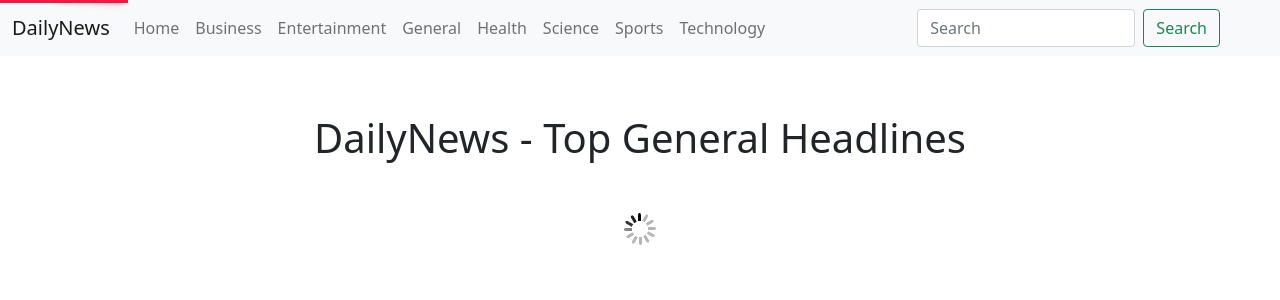
Repository: Bikki084/Daily_News
Page: /
These files come from the project's save history. The page is drawn as it stood at one moment and after the next save; the edit follows.
The browser window is 1280 px wide. The pictures show the whole page.
The page's requests for data from a server got no answer. The project was rebuilt for these pictures with package versions that can differ from the ones it lists, and the page was loaded fresh each time. No one was signed in, and anything a server would have sent is missing. Also part of the build but not shown: src/App.css, src/components/NewsItem.js.

Above is the page before, as saved 2021-12-21 23:55:52.

### public/index.html
<!DOCTYPE html>
<html lang="en">
  <head>
    <meta charset="utf-8" />
    <link rel="icon" href="%PUBLIC_URL%/favicon.ico" />
    <meta name="viewport" content="width=device-width, initial-scale=1" />
    <meta name="theme-color" content="#000000" />
    <meta
      name="description"
      content="DailyNews is a news app which can be used to grab quick daily news bites. If you are interested in news, weather, politics and sports news, newsmonkey is for you!"
    />
    <link rel="apple-touch-icon" href="%PUBLIC_URL%/logo192.png" />
    <!--
      manifest.json provides metadata used when your web app is installed on a
      user's mobile device or desktop. See https://developers.google.com/web/fundamentals/web-app-manifest/
    -->
    <link rel="manifest" href="%PUBLIC_URL%/manifest.json" />
    <link href="https://cdn.jsdelivr.net/npm/bootstrap@5.1.0/dist/css/bootstrap.min.css" rel="stylesheet" integrity="sha384-KyZXEAg3QhqLMpG8r+8fhAXLRk2vvoC2f3B09zVXn8CA5QIVfZOJ3BCsw2P0p/We" crossorigin="anonymous">
    <!--
      Notice the use of %PUBLIC_URL% in the tags above.
      It will be replaced with the URL of the `public` folder during the build.
      Only files inside the `public` folder can be referenced from the HTML.

      Unlike "/favicon.ico" or "favicon.ico", "%PUBLIC_URL%/favicon.ico" will
      work correctly both with client-side routing and a non-root public URL.
      Learn how to configure a non-root public URL by running `npm run build`.
    -->
    <title>DailyNews - Get your daily dose of news for free!</title>
  </head>
  <body>
    <noscript>You need to enable JavaScript to run this app.</noscript>
    <div id="root"></div>
    <!--
      This HTML file is a template.
      If you open it directly in the browser, you will see an empty page.

      You can add webfonts, meta tags, or analytics to this file.
      The build step will place the bundled scripts into the <body> tag.

      To begin the development, run `npm start` or `yarn start`.
      To create a production bundle, use `npm run build` or `yarn build`.
    -->
    <script src="https://cdn.jsdelivr.net/npm/@popperjs/core@2.9.3/dist/umd/popper.min.js" integrity="sha384-eMNCOe7tC1doHpGoWe/6oMVemdAVTMs2xqW4mwXrXsW0L84Iytr2wi5v2QjrP/xp" crossorigin="anonymous"></script>
    <script src="https://cdn.jsdelivr.net/npm/bootstrap@5.1.0/dist/js/bootstrap.min.js" integrity="sha384-cn7l7gDp0eyniUwwAZgrzD06kc/tftFf19TOAs2zVinnD/C7E91j9yyk5//jjpt/" crossorigin="anonymous"></script>
  </body>
</html>

### src/App.js
import './App.css';
import Search from './components/Search';
import React, { useState } from 'react'
import NavBar from './components/NavBar';
import News from './components/News';
import {BrowserRouter as Router, Switch, Route} from "react-router-dom";
import LoadingBar from 'react-top-loading-bar'

const App = ()=> {
  const pageSize = 5;
  const apiKey = process.env.REACT_APP_NEWS_API
  // const apiKey = "fe00171e9be447c891c180edc15dc131"
  const [progress, setProgress] = useState(0)

    return (
      <div>
        <Router>
        <NavBar/>
        <Search/>
        <LoadingBar
        height={3}
        color='#f11946'
        progress={progress}
      />
        <Switch>
          <Route exact path="/"><News setProgress={setProgress} apiKey={apiKey} key="general" pageSize={pageSize} country="in" category="general"/></Route>
          <Route exact path="/business"><News setProgress={setProgress} apiKey={apiKey} key="business" pageSize={pageSize} country="in" category="business"/></Route>
          <Route exact path="/entertainment"><News setProgress={setProgress} apiKey={apiKey} key="entertainment" pageSize={pageSize} country="in" category="entertainment"/></Route>
          <Route exact path="/general"><News setProgress={setProgress} apiKey={apiKey} key="general" pageSize={pageSize} country="in" category="general"/></Route>
          <Route exact path="/health"><News setProgress={setProgress} apiKey={apiKey} key="health" pageSize={pageSize} country="in" category="health"/></Route>
          <Route exact path="/science"><News setProgress={setProgress} apiKey={apiKey} key="science" pageSize={pageSize} country="in" category="science"/></Route>
          <Route exact path="/sports"><News setProgress={setProgress} apiKey={apiKey} key="sports" pageSize={pageSize} country="in" category="sports"/></Route>
          <Route exact path="/search"><News setProgress={setProgress} apiKey={apiKey} key="technology" pageSize={pageSize} country="in" category="technology"/></Route>

        </Switch>
        </Router>
      </div>
    )

}

export default App;

### src/components/Search.js
import React from 'react'

const Search = () => {
    return (
    <div>Hello world!</div>
    )
}

export default Search;

### src/components/NavBar.js
import React from 'react'
import { Link } from "react-router-dom";

const NavBar = () => {

    return (
        <div>
            <nav className="navbar fixed-top navbar-expand-lg navbar-light bg-light">
                <div className="container-fluid">
                    <Link className="navbar-brand" to="/">DailyNews</Link>
                    <button className="navbar-toggler" type="button" data-bs-toggle="collapse" data-bs-target="#navbarSupportedContent" aria-controls="navbarSupportedContent" aria-expanded="false" aria-label="Toggle navigation">
                        <span className="navbar-toggler-icon"></span>
                    </button>
                    <div className="collapse navbar-collapse" id="navbarSupportedContent">
                        <ul className="navbar-nav me-auto mb-2 mb-lg-0">
                            <li className="nav-item">
                                <Link className="nav-link" aria-current="page" to="/">Home</Link>
                            </li>
                            <li className="nav-item"><Link className="nav-link" to="/business">Business</Link></li>
                            <li className="nav-item"><Link className="nav-link" to="/entertainment">Entertainment</Link></li>
                            <li className="nav-item"><Link className="nav-link" to="/general">General</Link></li>
                            <li className="nav-item"><Link className="nav-link" to="/health">Health</Link></li>
                            <li className="nav-item"><Link className="nav-link" to="/science">Science</Link></li>
                            <li className="nav-item"><Link className="nav-link" to="/sports">Sports</Link></li>
                            <li className="nav-item"><Link className="nav-link" to="/technology">Technology</Link></li>
                        </ul>
                        <form className="d-flex mx-5" method="get"> <Link className="d-flex mx-5" to="/Search"></Link>
                            <input class="form-control me-2" type="search" placeholder="Search" aria-label="Search" />
                            <button class="btn btn-outline-success" type="submit">Search </button>
                        </form>
                    </div>
                </div>
            </nav>
        </div>
    )

}

export default NavBar

### src/components/News.js
import React, {useEffect, useState} from 'react'

import NewsItem from './NewsItem'
import Spinner from './Spinner';
import PropTypes from 'prop-types'
import InfiniteScroll from "react-infinite-scroll-component";

const News = (props)=>{
    const [articles, setArticles] = useState([])
    const [loading, setLoading] = useState(true)
    const [page, setPage] = useState(1)
    const [totalResults, setTotalResults] = useState(0)

    const capitalizeFirstLetter = (string) => {
        return string.charAt(0).toUpperCase() + string.slice(1);
    }

    const updateNews = async ()=> {
        props.setProgress(10);
        const url = `https://newsapi.org/v2/top-headlines?country=${props.country}&category=${props.category}&apiKey=${props.apiKey}&page=${page}&pageSize=${props.pageSize}`;
        setLoading(true)
        let data = await fetch(url);
        props.setProgress(30);
        let parsedData = await data.json()
        props.setProgress(70);
        setArticles(parsedData.articles)
        setTotalResults(parsedData.totalResults)
        setLoading(false)
        props.setProgress(100);
    }

    useEffect(() => {
        document.title = `${capitalizeFirstLetter(props.category)} - DailyNews`;
        updateNews();
        // eslint-disable-next-line
    }, [])


    const fetchMoreData = async () => {
        const url = `https://newsapi.org/v2/top-headlines?country=${props.country}&category=${props.category}&apiKey=${props.apiKey}&page=${page+1}&pageSize=${props.pageSize}`;
        setPage(page+1)
        let data = await fetch(url);
        let parsedData = await data.json()
        setArticles(articles.concat(parsedData.articles))
        setTotalResults(parsedData.totalResults)
      };

        return (
            <>
                <h1 className="text-center" style={{ margin: '35px 0px', marginTop: '90px' }}>DailyNews - Top {capitalizeFirstLetter(props.category)} Headlines</h1>
                {loading && <Spinner />}
                <InfiniteScroll
                    dataLength={articles.length}
                    next={fetchMoreData}
                    hasMore={articles.length !== totalResults}
                    loader={<Spinner/>}>
                    <div className="container">

                    <div className="row">
                        {articles.map((element) => {
                            return <div className="col-md-4" key={element.url}>
                                <NewsItem title={element.title ? element.title : ""} description={element.description ? element.description : ""} imageUrl={element.urlToImage} newsUrl={element.url} author={element.author} date={element.publishedAt} source={element.source.name} />
                            </div>
                        })}
                    </div>
                    </div>
                </InfiniteScroll>
            </>
        )

}


News.defaultProps = {
    country: 'in',
    pageSize: 8,
    category: 'general',
}

News.propTypes = {
    country: PropTypes.string,
    pageSize: PropTypes.number,
    category: PropTypes.string,
}

export default News

Loaded but not shown: src/index.js (common file); src/reportWebVitals.js (common file); src/components/Spinner.js (common file); src/index.css (no stored copy; drawn as an empty file)

After the next save:
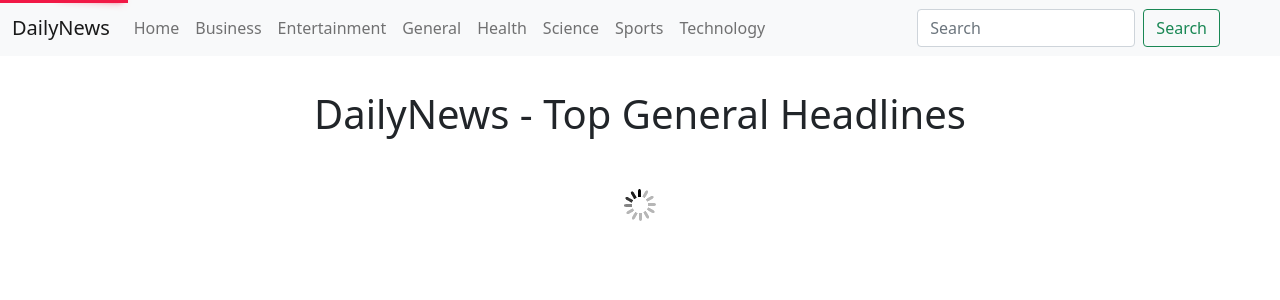
Saved 9 s later.
--- a/src/App.js
+++ b/src/App.js
@@ -16,7 +16,6 @@
       <div>
         <Router>
         <NavBar/>
-        <Search/>
         <LoadingBar
         height={3}
         color='#f11946'

After the 4 saves that followed:
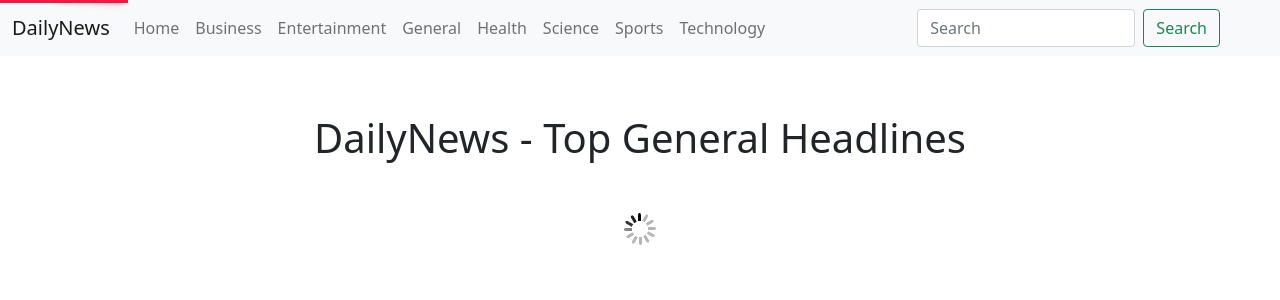
The 4 saves are shown as one change because 3 left the picture as it was.
The last was saved 48 s later.
--- a/src/App.js
+++ b/src/App.js
@@ -16,6 +16,7 @@
       <div>
         <Router>
         <NavBar/>
+        <Search/>
         <LoadingBar
         height={3}
         color='#f11946'
@@ -29,7 +30,7 @@
           <Route exact path="/health"><News setProgress={setProgress} apiKey={apiKey} key="health" pageSize={pageSize} country="in" category="health"/></Route>
           <Route exact path="/science"><News setProgress={setProgress} apiKey={apiKey} key="science" pageSize={pageSize} country="in" category="science"/></Route>
           <Route exact path="/sports"><News setProgress={setProgress} apiKey={apiKey} key="sports" pageSize={pageSize} country="in" category="sports"/></Route>
-          <Route exact path="/search"><News setProgress={setProgress} apiKey={apiKey} key="technology" pageSize={pageSize} country="in" category="technology"/></Route>
+          <Route exact path="/technology"><News setProgress={setProgress} apiKey={apiKey} key="technology" pageSize={pageSize} country="in" category="technology"/></Route>
 
         </Switch>
         </Router>
